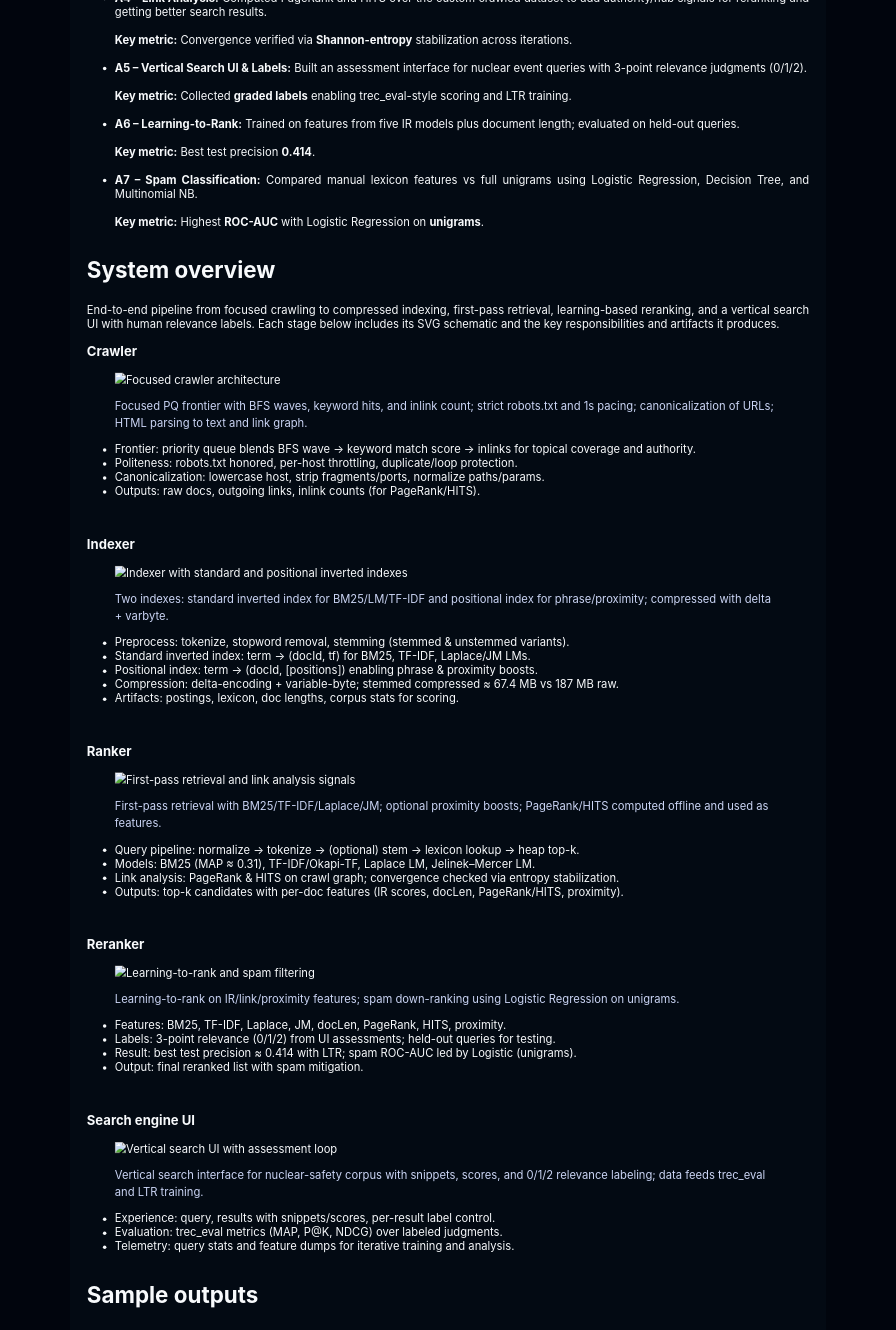
Repository: Abdulaziz-04/Abdulaziz-04.github.io
Page: deepdives/backend_systems/search_engine/search_engine.html
The author's editor kept a copy of each file at every save. The page is drawn from the files as they stood at one save, then again after the next save.
The browser window is 1280 px wide. The pictures show the part of the page from y = 1085 to 2985 px (the page is 5537 px tall before and 5699 px after), at 70% of full size.
A picture or video elsewhere on the page could not be fetched, so the positions and the page height are approximate.

Above is the page before, as saved 2025-11-21 20:55:36.
Not found: images/ui.svg
Not found: mnt/data/crawler.svg
Not found: mnt/data/indexer.svg

After the next save:
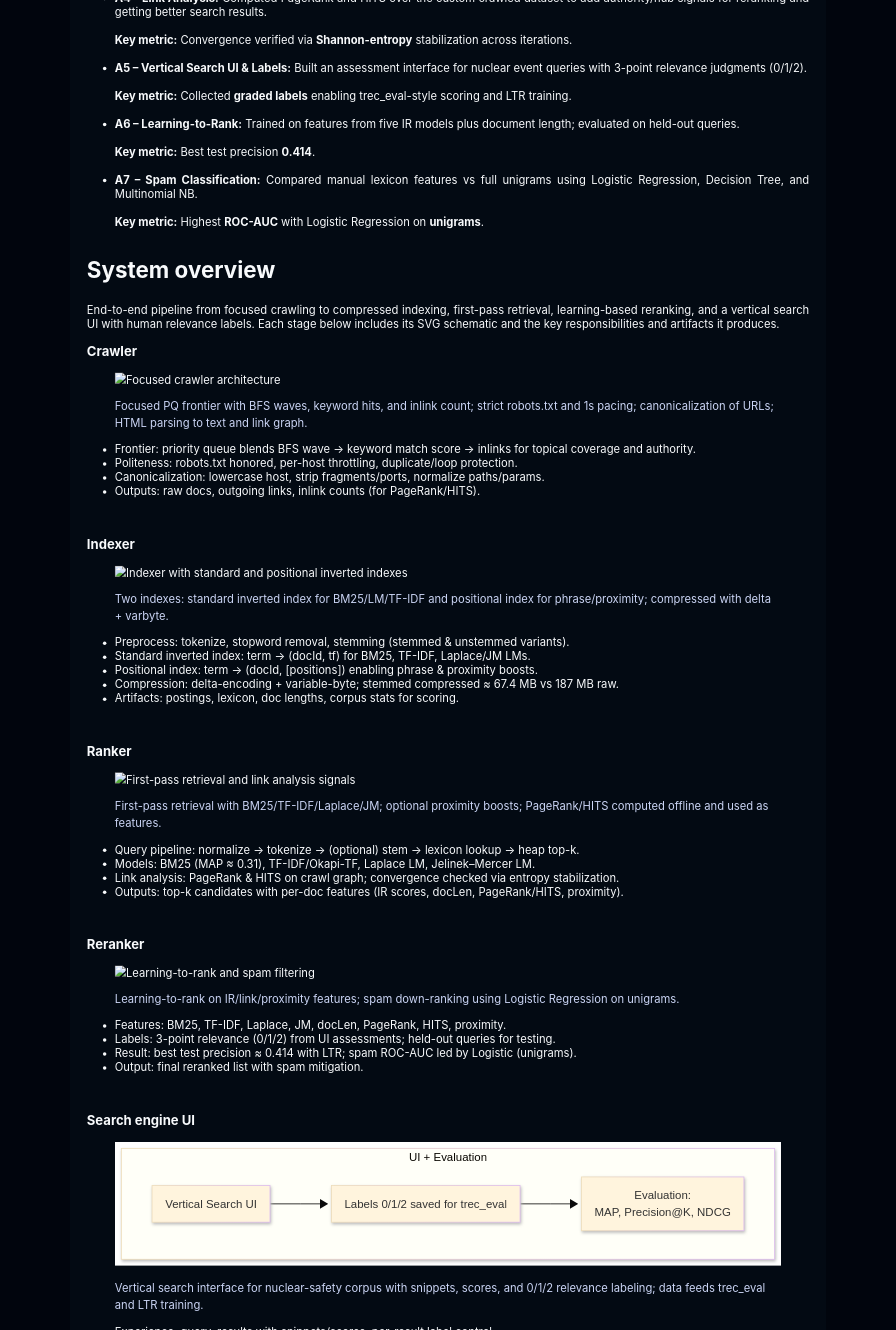
Saved 11 s later.
--- a/deepdives/backend_systems/search_engine/search_engine.html
+++ b/deepdives/backend_systems/search_engine/search_engine.html
@@ -300,7 +300,7 @@
         <div class="gallery-row gallery-row--one">
           <figure class="gallery-item gallery-item--wide">
             <img
-              src="/images/ui.svg"
+              src="./images/ui.svg"
               alt="Vertical search UI with assessment loop"
             />
             <figcaption>
